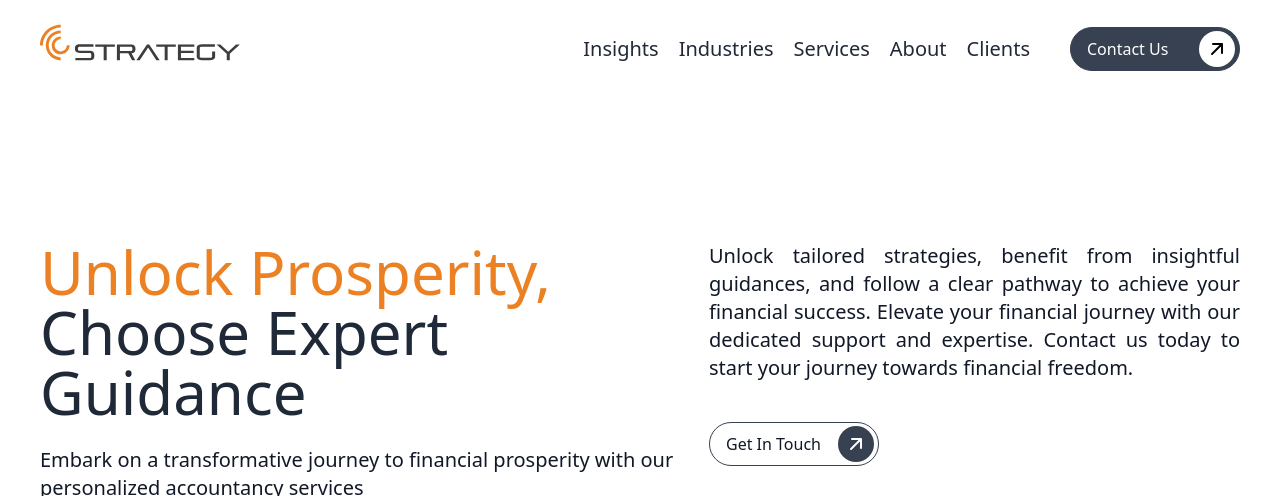
Repository: vespersolutionspk18/integrast-website
Page: /
An editor plug-in stored every save of this project. The page is shown before and after the next save, followed by the edit.
The browser window is 1280 px wide. The pictures show the part of the page from y = 0 to 496 px (the page is 4814 px tall).
Pictures or frames that could not be fetched are drawn as grey boxes. The project was rebuilt for these pictures with package versions that can differ from the ones it lists, and the page was loaded fresh each time. The framework's server and built-in components were replaced by stand-ins that run in the browser. Also part of the build but not shown: next.config.ts.

Above is the page before, as saved 2024-12-12 18:37:09.

### app/layout.tsx
import type { Metadata } from "next";
import localFont from "next/font/local";
import "./globals.css";

const geistSans = localFont({
  src: "./fonts/GeistVF.woff",
  variable: "--font-geist-sans",
  weight: "100 900",
});
const geistMono = localFont({
  src: "./fonts/GeistMonoVF.woff",
  variable: "--font-geist-mono",
  weight: "100 900",
});

export const metadata: Metadata = {
  title: "Integra Strategy",
  description: "-",
};

export default function RootLayout({
  children,
}: Readonly<{
  children: React.ReactNode;
}>) {
  return (
    <html lang="en">
      <body
        className={`${geistSans.variable} ${geistMono.variable} antialiased`}
      >
        {children}
      </body>
    </html>
  );
}

### app/page.tsx
import Header from "./Header";
import Hero from "./Hero";
import Services from "./Services";
import Postsart from "./Postsart";
import Faqsection from "./Faqsection";
import GetinTouchSection from "./GetinTouchSection";
import Footer from "./Footer";

export default function Home() {
  return (
    <div>
      <Header />
      <Hero />
      <Services />
      <Postsart />
      <Faqsection />
      <GetinTouchSection />
      <Footer />
    </div>
  );
}

### app/Header.tsx
import React from 'react'
import IntegraLogo from "@/public/assets/integra-logo.svg";
import ButtonArrow from "@/public/assets/buttonarrow.svg";
import HeaderMenu from "@/public/assets/sm-header-menu.svg";
const Header = () => {
  return (
    <div className="md:pl-10 pl-5 pr-5 md:pr-10 pt-4 md:pt-1 md:pb-3 flex flex-row justify-between  font-sans font-light text-gray-800">
      <IntegraLogo className="md:h-[90px] flex md:w-[200px] h-[50px]" />
      <div className="text-xl hidden md:flex flex-row gap-5 items-center ">
        <div className="hover:text-black hover:font-normal hover:cursor-pointer">Insights</div>
        <div className="hover:text-black hover:font-normal hover:cursor-pointer">Industries</div>
        <div className="hover:text-black hover:font-normal hover:cursor-pointer">Services</div>
        <div className="hover:text-black hover:font-normal hover:cursor-pointer">About</div>
        <div className="hover:text-black hover:font-normal hover:cursor-pointer pr-5">Clients</div>
        <div id="button"
  className="group  bg-gray-700 h-[44px] flex-row border-[1px] border-gray-700 text-white text-[16px] py-1 px-1 font-light rounded-full hidden md:flex items-center justify-between w-[170px] transition-width duration-500 ease-in-out  hover:w-[195px] hover:bg-[#ec8123] hover:border-[#ec8123] hover:cursor-pointer "

>
  <div className="mx-3 font-sans font-regular">Contact Us</div>
  <div className="bg-white rounded-full h-[36px] w-[36px] flex items-center justify-center transition-transform duration-500 ease-in-out group-hover:rotate-45 ">
    <ButtonArrow className="h-[24px] w-[24px]" />
  </div>
            </div>
      </div>
      <div className="md:hidden flex border-[1px] border-gray-400 rounded-xl p-3 items-center justify-center">
    <HeaderMenu className="h-[24px] w-[24px]" />
      </div>
    </div>

  )
}

export default Header

### app/Hero.tsx
import React from 'react'
import ButtonArrowwhite from "@/public/assets/buttonarrowwhite.svg";

const Hero = () => {
  return (
    <div className="flex flex-col p-7 md:p-10 ">
        <div className="flex flex-col md:flex-row mt-5 md:mt-24 md:h-[190px] gap-5 ">
            <div className="w-full md:w-[55%] flex flex-col">
                <h1 className="font-light font-sans text-4xl md:text-6xl text-[#ec8123]">Unlock Prosperity, <span className="text-gray-800">Choose Expert Guidance</span></h1>
                <h4 className="hidden md:block text-xl font-sans font-light text-gray-900 mt-6">Embark on a transformative journey to financial prosperity with our personalized accountancy services</h4>
            </div>
            <div className="w-full md:w-[45%] flex flex-col justify-between ">
                <h4 className="text-lg leading-tight md:text-xl text-justify font-light font-sans text-gray-900">Unlock tailored strategies, benefit from insightful guidances, and follow a clear pathway to achieve your financial success. Elevate your financial journey with our dedicated support and expertise. Contact us today to start your journey towards financial freedom.</h4>
                <div className="flex flex-row gap-5 pt-10">
                <div>
                <div id="button"
  className="group  bg-white h-[44px] flex-row border-[1px] border-gray-700 text-gray-900 text-[16px] py-1 px-1 font-light rounded-full hidden md:flex items-center justify-between w-[170px] transition-width duration-500 ease-in-out  hover:w-[195px] hover:bg-gray-700 hover:border-gray-700 hover:text-white hover:cursor-pointer "

>
  <div className="mx-3 font-sans font-regular">Get In Touch</div>
  <div className="bg-gray-700 rounded-full h-[36px] w-[36px] flex items-center justify-center transition-transform duration-500 ease-in-out group-hover:rotate-45 group-hover:bg-[#ec8123]">
    <ButtonArrowwhite className="h-[24px] w-[24px]" />
  </div>
            </div>
                </div>
                <div>

                </div>

                </div>
            </div>
        </div>


        <div className="flex flex-col md:flex-row md:h-[380px] gap-4  md:mt-16">
            <div className="w-full md:w-[70%] h-36 md:h-auto transition-all duration-500 ease-in-out hover:w-[90%] rounded-2xl bg-cover bg-center" style={{backgroundImage: `url('/assets/heroimage3.jpg')`}}></div>
            <div className="w-full md:w-[30%] transition-all duration-500 ease-in-out hover:w-[40%] flex flex-col justify-between ">
                <div className="w-full h-full rounded-2xl bg-cover bg-center" style={{backgroundImage: `url('/assets/heroimage4.jpg')`}}></div>
                <h5 className="font-sans text-gray-900 text-justify text-xl mt-3  font-light">Tailored solutions, expert guidance, and strategic planning to secure your wealth and achieve your financial goals seamlessly</h5>
            </div>
        </div>
    </div>
  )
}

export default Hero

### app/Services.tsx
import React from 'react'
import ButtonArrowwhite from "@/public/assets/buttonarrowwhite.svg";

const Services = () => {
  return (
    <div className="flex flex-col p-10 mt-16 items-center ">
        <div className="flex flex-row items-start justify-start ">
            <div className="w-1/2 font-sans font-light text-5xl text-[#ec8123]">We collaborate across <span className="text-gray-700">diverse industry landscapes</span></div>
            <div className="w-1/2 font-sans text-gray-900 text-justify text-xl  font-light">Our commitment to fostering dynamic collaboration allows to navigate the unique challenges and intricacies of various sectors. Our versatile approach ensures tailored solutions that resonate with the distinct needs of each industry.</div>
        </div>
        <div className="flex flex-row gap-5 mt-16">
            <div className="rounded-2xl w-1/3 h-[540px] bg-cover bg-center flex items-end  " style={{backgroundImage: `url('/assets/audit.jpg')`}}>
            <div className="group">
  <div className="bg-white m-4  rounded-[12px] flex flex-col relative transition-all duration-500 ease-in-out hover:pb-[120px] min-h-[180px]">
    <h5 className="ml-5 mt-5 mr-5 mb-5 font-sans text-3xl text-gray-700 group-hover:text-[#ec8123] font-light">
      Accounting & Finance
    </h5>
    <p className="ml-5 mr-5 mb-5 text-justify font-sans font-light text-xl text-gray-600">
      We are committed to serving the public interest by providing objective assurance over data on which investors rely.
    </p>
    {/* Hidden div */}
    <div className="absolute bottom-5 left-5 text-xl font-sans font-light  text-gray-600 px-4 py-2 rounded-md opacity-0 invisible transition-all duration-500 group-hover:opacity-100 group-hover:visible hover:text-black hover:cursor-pointer  hover:underline">
      Learn More
    </div>
  </div>
</div>

</div>
            <div className="rounded-2xl w-1/3 h-[540px] bg-cover bg-center flex items-end" style={{backgroundImage: `url('/assets/tax.jpg')`}}>
            <div className="group">
  <div className="bg-white m-4  rounded-[12px] flex flex-col relative transition-all duration-500 ease-in-out hover:pb-[120px] min-h-[180px]">
    <h5 className="ml-5 mt-5 mr-5 mb-5 font-sans text-3xl text-gray-700 group-hover:text-[#ec8123] font-light">
      Tax & Legal
    </h5>
    <p className="ml-5 mr-5 mb-5 text-justify font-sans font-light text-xl text-gray-600">
      We are committed to serving the public interest by providing objective assurance over data on which investors rely.
    </p>
    {/* Hidden div */}
    <div className="absolute bottom-5 left-5 text-xl font-sans font-light  text-gray-600 px-4 py-2 rounded-md opacity-0 invisible transition-all duration-500 group-hover:opacity-100 group-hover:visible hover:text-black hover:cursor-pointer  hover:underline">
      Learn More
    </div>
  </div>
</div>
</div>
            <div className="rounded-2xl w-1/3 h-[540px] bg-cover bg-center flex items-end" style={{backgroundImage: `url('/assets/tech.jpg')`}}>
            <div className="group">
  <div className="bg-white m-4  rounded-[12px] flex flex-col relative transition-all duration-500 ease-in-out hover:pb-[120px] min-h-[180px]">
    <h5 className="ml-5 mt-5 mr-5 mb-5 font-sans text-3xl text-gray-700 group-hover:text-[#ec8123] font-light">
      Technology & IT
    </h5>
    <p className="ml-5 mr-5 mb-5 text-justify font-sans font-light text-xl text-gray-600">
      We are committed to serving the public interest by providing objective assurance over data on which investors rely.
    </p>
    {/* Hidden div */}
    <div className="absolute bottom-5 left-5 text-xl font-sans font-light  text-gray-600 px-4 py-2 rounded-md opacity-0 invisible transition-all duration-500 group-hover:opacity-100 group-hover:visible hover:text-black hover:cursor-pointer  hover:underline">
      Learn More
    </div>
  </div>
</div>
</div>
        </div>
        <div className="mt-8">
                <div id="button"
  className="group  bg-white h-[44px] flex-row border-[1px] border-gray-700 text-gray-900 text-[16px] py-1 px-1 font-light rounded-full hidden md:flex items-center justify-between w-[190px] transition-width duration-500 ease-in-out hover:cursor-pointer  hover:w-[215px] hover:bg-gray-700 hover:border-gray-700 hover:text-white "

>
  <div className="mx-3 font-sans font-regular">View all Services</div>
  <div className="bg-gray-700 rounded-full h-[36px] w-[36px] flex items-center justify-center transition-transform duration-500 ease-in-out group-hover:rotate-45 group-hover:bg-[#ec8123]">
    <ButtonArrowwhite className="h-[24px] w-[24px]" />
  </div>
            </div>
                </div>
    </div>
  )
}

export default Services

### app/Postsart.tsx
import React from 'react'

const Postsart = () => {
  return (
    <div className="w-full flex flex-col p-10 items-center mt-20">
        <h2 className="text-5xl font-sans text-gray-700 font-light">Posts & Articles</h2>
        <p className="font-sans text-xl text-gray-800 font-light text-center mt-5">Stay up-to-date and enahnce your financial literacy with our engaging and informative<br></br>content your key to achieving financial success</p>
        <div className="flex flex-row mt-10 gap-5 w-full">
            <div className="hover:border-black hover:cursor-pointer flex flex-col rounded-2xl w-1/2  border-[1px] p-4 border-gray-300">
            <div className="w-full h-[340px] rounded-[8px] bg-cover bg-center" style={{backgroundImage: `url('/assets/post1.jpg')`}}></div>
            <h5 className="font-sans font-light text-3xl mt-5 text-gray-700">Navigating Tax Season: Tips for Individuals</h5>
            <p className="font-sans font-light text-gray-600 text-lg mt-3">Explore essential tax-saving strategies and financial tips to optimize your returns with insights from our expert personal accountants.</p>
            </div>
            <div className="hover:border-black hover:cursor-pointer flex flex-col rounded-2xl w-1/2  border-[1px] p-4 border-gray-300">
            <div className="w-full h-[340px] rounded-[8px] bg-cover bg-center" style={{backgroundImage: `url('/assets/post2.jpg')`}}></div>
            <h5 className="font-sans font-light text-3xl mt-5 text-gray-700">Insights from personal accountants</h5>
            <p className="font-sans font-light text-gray-600 text-lg mt-3">Explore essential tax-saving strategies and financial tips to optimize your returns with insights from our expert personal accountants.</p>
            </div>
        </div>
        <div className=" flex flex-row mt-5 gap-5 w-full">
            <div className="hover:border-black hover:cursor-pointer flex flex-col rounded-2xl w-1/2  border-[1px] p-4 border-gray-300">
            <div className="w-full h-[340px] rounded-[8px] bg-cover bg-center" style={{backgroundImage: `url('/assets/post3.jpg')`}}></div>
            <h5 className="font-sans font-light text-3xl mt-5 text-gray-700">Personal accountant&apos;s prescription</h5>
            <p className="font-sans font-light text-gray-600 text-lg mt-3">Explore essential tax-saving strategies and financial tips to optimize your returns with insights from our expert personal accountants.</p>
            </div>
            <div className="hover:border-black hover:cursor-pointer flex flex-col rounded-2xl w-1/2  border-[1px] p-4 border-gray-300">
            <div className="w-full h-[340px] rounded-[8px] bg-cover bg-center" style={{backgroundImage: `url('/assets/post4.jpg')`}}></div>
            <h5 className="font-sans font-light text-3xl mt-5 text-gray-700">Personal finance tips from our Accountants</h5>
            <p className="font-sans font-light text-gray-600 text-lg mt-3">Explore essential tax-saving strategies and financial tips to optimize your returns with insights from our expert personal accountants.</p>
            </div>
        </div>
    </div>
  )
}

export default Postsart

### app/Faqsection.tsx
"use client";
import React, { useState } from "react";
import ButtonRight from "@/public/assets/right.svg";

const Faqsection = () => {
  // Array of FAQs
  const faqs = [
    {
      question: "What Services do personal accountants provide?",
      answer:
        "Personal accountants provide a variety of services, including tax preparation, financial planning, and investment advice. They also help manage budgets, track expenses, and ensure compliance with financial regulations.",
    },
    {
      question: "How can accountants help with financial planning?",
      answer:
        "Accountants assist in creating budgets, managing investments, and developing long-term financial strategies tailored to individual needs.",
    },
    {
      question: "What is the importance of tax compliance?",
      answer:
        "Tax compliance ensures that individuals and businesses meet their legal obligations, avoiding penalties and fostering financial stability.",
    },
  ];

  // State to track which FAQ is expanded
  const [expandedIndex, setExpandedIndex] = useState<number | null>(null);

  // Toggle function
  const toggleSection = (index: number) => {
    setExpandedIndex((prevIndex) => (prevIndex === index ? null : index));
  };

  return (
    <div className="flex flex-col p-10 items-center mt-20">
      <h2 className="font-sans font-light text-5xl text-gray-700">
        Frequently Asked Questions
      </h2>
      <p className="font-sans mt-5 font-light text-xl text-gray-600 text-center">
        We prioritize your satisfaction, ensuring a secure financial future.
        Choose us for peace of mind
        <br />
        in your financial endeavours.
      </p>
      <div className="w-full flex flex-col gap-5 mt-5">
        {faqs.map((faq, index) => (
          <div
            key={index}
            className={`border-[1px] ${
              expandedIndex === index ? "border-gray-500" : "border-gray-300"
            } rounded-2xl p-5 flex flex-col transition-all duration-500`}
          >
            <div
              onClick={() => toggleSection(index)}
              className="flex flex-row justify-between items-center cursor-pointer"
            >
              <h5 className="font-sans font-light text-2xl text-gray-700">
                {faq.question}
              </h5>
              <div
                className={`bg-white border-[1px] border-gray-300 rounded-full h-[36px] w-[36px] flex items-center justify-center transition-transform duration-500 ease-in-out ${
                  expandedIndex === index ? "rotate-90" : "rotate-0"
                }`}
              >
                <ButtonRight className="h-[24px] w-[24px]" />
              </div>
            </div>
            {/* Expandable content */}
            <div
              className={`overflow-hidden transition-all duration-500 ease-in-out ${
                expandedIndex === index ? "max-h-[200px] mt-5" : "max-h-0"
              }`}
            >
              <p className="text-gray-600 font-sans font-light text-lg">{faq.answer}</p>
            </div>
          </div>
        ))}
      </div>
    </div>
  );
};

export default Faqsection;

### app/GetinTouchSection.tsx
import React from 'react'
import ButtonArrowwhite from "@/public/assets/buttonarrowwhite.svg";
import ButtonArrow from "@/public/assets/buttonarrow.svg";

const GetinTouchSection = () => {
  return (
    <div className="mt-16">
        <div className="flex flex-row p-10 ">
        <div className="ml-10 w-1/2 font-sans font-light text-gray-700 text-4xl">
        <b>Spread all over the world</b> and get an accountant easily
        </div>
        <div className="mr-10 w-1/2 flex flex-col">
        <p className="font-light text-xl text-gray-700 font-sans text-justify">
            Integra: A global leader in audit, tax, and advisory services, united in expertise, and cultural understanding to deliver exceptional, tailored solutions in audit, accounting, tax, financial advisory, consulting and legal services
        </p>
        <div className="flex flex-row justify-between mt-10">
        <div className="w-1/2 flex flex-col gap-2">
        <h5 className="font-sans font-light text-3xl text-gray-700">100+</h5>
        <p className="font-sans font-light text-xl text-gray-700">Experts in the field</p>

        </div>
        <div className="w-1/2 flex flex-col gap-2">
        <h5 className="font-sans font-light text-3xl text-gray-700">18</h5>
        <p className="font-sans font-light text-xl text-gray-700">Countries we work in </p>
        </div>
        </div>
        <div className="flex flex-row gap-5 pt-10">
                <div>
                <div id="button"
  className="group  bg-white h-[44px] flex-row border-[1px] border-gray-700 text-gray-900 text-[16px] py-1 px-1 font-light rounded-full hidden md:flex items-center justify-between w-[170px] transition-width duration-500 ease-in-out  hover:w-[195px] hover:bg-gray-700 hover:border-gray-700 hover:text-white hover:cursor-pointer "

>
  <div className="mx-3 font-sans font-regular">Get In Touch</div>
  <div className="bg-gray-700 rounded-full h-[36px] w-[36px] flex items-center justify-center transition-transform duration-500 ease-in-out group-hover:rotate-45">
    <ButtonArrowwhite className="h-[24px] w-[24px]" />
  </div>
            </div>
                </div>
                <div>
                <div id="button"
  className="group  bg-gray-700 h-[44px] flex-row border-[1px] border-gray-700 text-white text-[16px] py-1 px-1 font-light rounded-full hidden md:flex items-center justify-between w-[170px] transition-width duration-500 ease-in-out  hover:w-[195px] hover:bg-white hover:border-gray-700 hover:text-gray-700 hover:cursor-pointer "

>
  <div className="mx-3 font-sans font-regular">Get a Quote</div>
  <div className="bg-white rounded-full h-[36px] w-[36px] flex items-center justify-center transition-transform duration-500 ease-in-out group-hover:rotate-45 group-hover:border-[1px] group-hover:border-gray-700">
    <ButtonArrow className="h-[24px] w-[24px]" />
  </div>
            </div>
                </div>

                </div>
        </div>
    </div>
    </div>
  )
}

export default GetinTouchSection

### app/Footer.tsx
import React from 'react'
import IntegraFooterLogo from "@/public/assets/integra-logo-white.svg";
import { Separator } from '@/components/ui/separator';

const Footer = () => {
  return (
    <div className="flex flex-col bg-black text-white mt-16">
        <div className="flex flex-row p-10 justify-between">
        <div className="w-[46%] pr-10 flex flex-col gap-5">
        <IntegraFooterLogo className="h-[90px] w-[220px]" />
        <h3 className="font-sans font-light text-2xl">Your trusted source for expert personal accounting services. Explore what we have to offer.</h3>
        </div>
        <div className="w-[18%] flex flex-col justify-between font-sans font-light">
        <p className="text-white text-2xl font-normal">Navigation</p>
        <ul className="text-gray-100 text-xl">
        <li className="mt-2">Services</li>
        <li className="mt-2">About Us</li>
        <li className="mt-2">Contact Us</li>
        </ul>
        </div>
        <div className="w-[18%] flex flex-col justify-between font-sans font-light">
        <p className="text-white text-2xl font-normal">Services</p>
        <ul className="text-gray-100 text-xl">
        <li className="mt-2">Accounting & Finance</li>
        <li className="mt-2">Tax & Legal</li>
        <li className="mt-2">Technology & IT</li>
        </ul>
        </div>
        <div className="w-[18%] flex flex-col justify-between font-sans font-light">
        <p className="text-white text-2xl font-normal">Company</p>
        <ul className="text-gray-100 text-xl">
        <li className="mt-2">Legal</li>
        <li className="mt-2">Terms of Use</li>
        <li className="mt-2">Privacy Policy</li>
        </ul>
        </div>
        </div>
        <div className="pl-10 pr-10 pb-2 pt-5">
        <Separator className="border-gray-500 border-[0.5px]" />
        </div>
        <div className="pr-10 pl-10 pt-2 pb-5 font-light font-sans text-gray-200">
        &#169; Integra Strategy (Pvt.) Ltd. All Rights Reserved.
        </div>
    </div>
  )
}

export default Footer

### components/ui/separator.tsx
"use client"

import * as React from "react"
import * as SeparatorPrimitive from "@radix-ui/react-separator"

import { cn } from "@/lib/utils"

const Separator = React.forwardRef<
  React.ElementRef<typeof SeparatorPrimitive.Root>,
  React.ComponentPropsWithoutRef<typeof SeparatorPrimitive.Root>
>(
  (
    { className, orientation = "horizontal", decorative = true, ...props },
    ref
  ) => (
    <SeparatorPrimitive.Root
      ref={ref}
      decorative={decorative}
      orientation={orientation}
      className={cn(
        "shrink-0 bg-border",
        orientation === "horizontal" ? "h-[1px] w-full" : "h-full w-[1px]",
        className
      )}
      {...props}
    />
  )
)
Separator.displayName = SeparatorPrimitive.Root.displayName

export { Separator }

Loaded but not shown: app/globals.css (common file); lib/utils.ts (common file); tailwind.config.ts (common file)

After the next save:
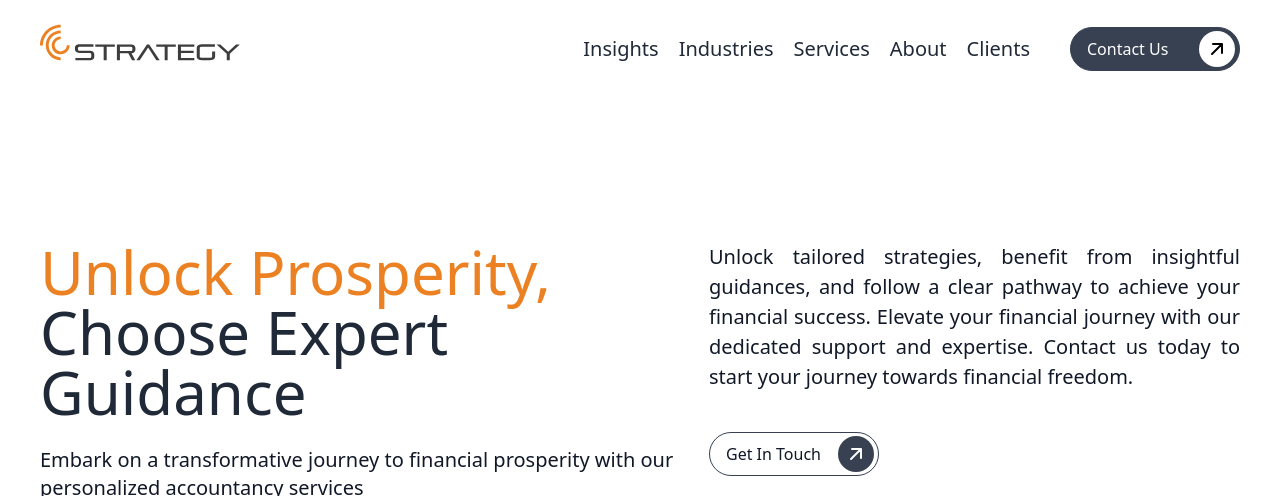
Saved 28 s later.
--- a/app/Hero.tsx
+++ b/app/Hero.tsx
@@ -10,7 +10,7 @@ const Hero = () => {
                 <h4 className="hidden md:block text-xl font-sans font-light text-gray-900 mt-6">Embark on a transformative journey to financial prosperity with our personalized accountancy services</h4>
             </div>
             <div className="w-full md:w-[45%] flex flex-col justify-between ">
-                <h4 className="text-lg leading-tight md:text-xl text-justify font-light font-sans text-gray-900">Unlock tailored strategies, benefit from insightful guidances, and follow a clear pathway to achieve your financial success. Elevate your financial journey with our dedicated support and expertise. Contact us today to start your journey towards financial freedom.</h4>
+                <h4 className="text-lg leading-tight md:leading-normal md:text-xl text-justify font-light font-sans text-gray-900">Unlock tailored strategies, benefit from insightful guidances, and follow a clear pathway to achieve your financial success. Elevate your financial journey with our dedicated support and expertise. Contact us today to start your journey towards financial freedom.</h4>
                 <div className="flex flex-row gap-5 pt-10">
                 <div>
                 <div id="button"
